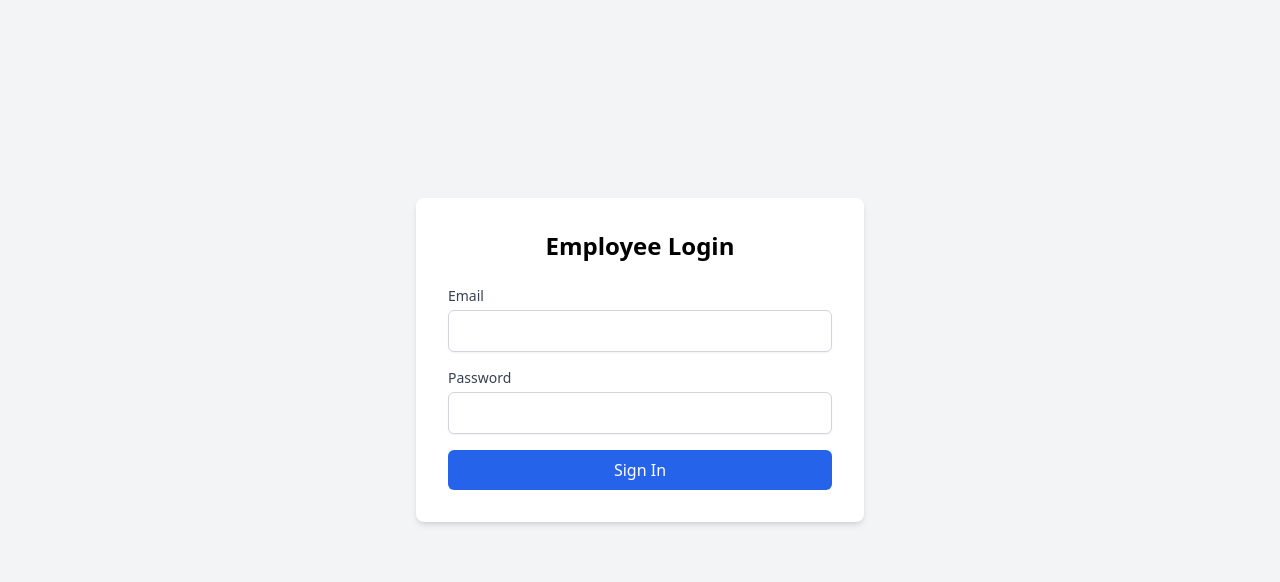
Repository: riyas-git-sys/Staffy
Page: /
An editor plug-in stored every save of this project. The page is shown before and after the next save, followed by the edit.
The browser window is 1280 px wide. The pictures show the whole page.
The project was rebuilt for these pictures with package versions that can differ from the ones it lists, and the page was loaded fresh each time. Also part of the build but not shown: vite.config.js, src/components/auth/SignupForm.jsx, src/pages/auth/SignupPage.jsx, src/components/layout/Header.jsx, src/components/layout/Sidebar.jsx, src/components/layout/DashboardLayout.jsx, src/pages/dashboard/DashboardPage.jsx, src/services/employeeService.js and 2 more.

Above is the page before, as saved 2025-07-18 20:33:31.

After the next save:
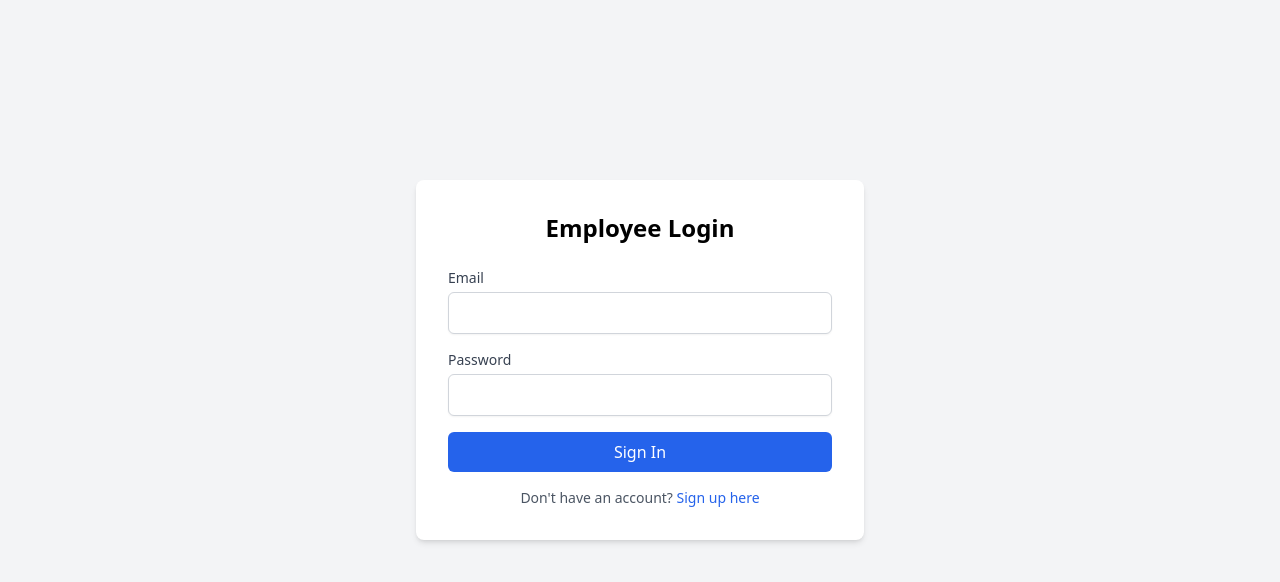
Saved 59 s later.
--- a/src/pages/auth/LoginPage.jsx
+++ b/src/pages/auth/LoginPage.jsx
@@ -1,4 +1,5 @@
-import LoginForm from '../../components/auth/LoginForm'
+import LoginForm from '../../components/auth/LoginForm';
+import { Link } from 'react-router-dom'; // Update from <a> to <Link>
 
 export default function LoginPage() {
   return (
@@ -6,7 +7,13 @@ export default function LoginPage() {
       <div className="bg-white p-8 rounded-lg shadow-md w-full max-w-md">
         <h1 className="text-2xl font-bold text-center mb-6">Employee Login</h1>
         <LoginForm />
+        <p className="mt-4 text-center text-sm text-gray-600">
+          Don't have an account?{' '}
+          <Link to="/signup" className="text-blue-600 hover:text-blue-500">
+            Sign up here
+          </Link>
+        </p>
       </div>
     </div>
-  )
+  );
 }
